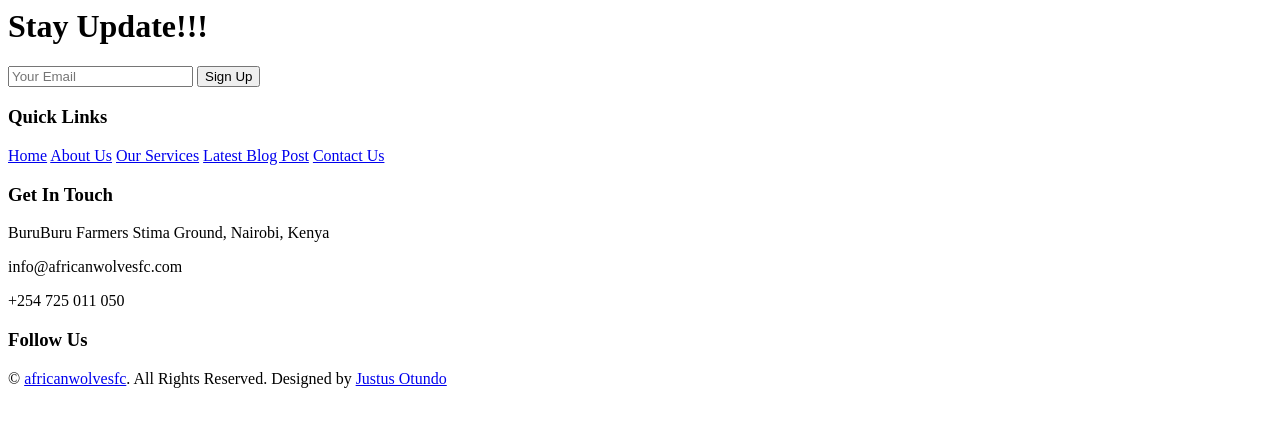
Repository: Justus-Otundo/uleziborafc
Page: footer.html
These files come from the project's save history. The page is drawn as it stood at one moment and after the next save; the edit follows.
The browser window is 1280 px wide. The pictures show the whole page.

Above is the page before, as saved 2025-06-11 13:17:44.

After the next save:
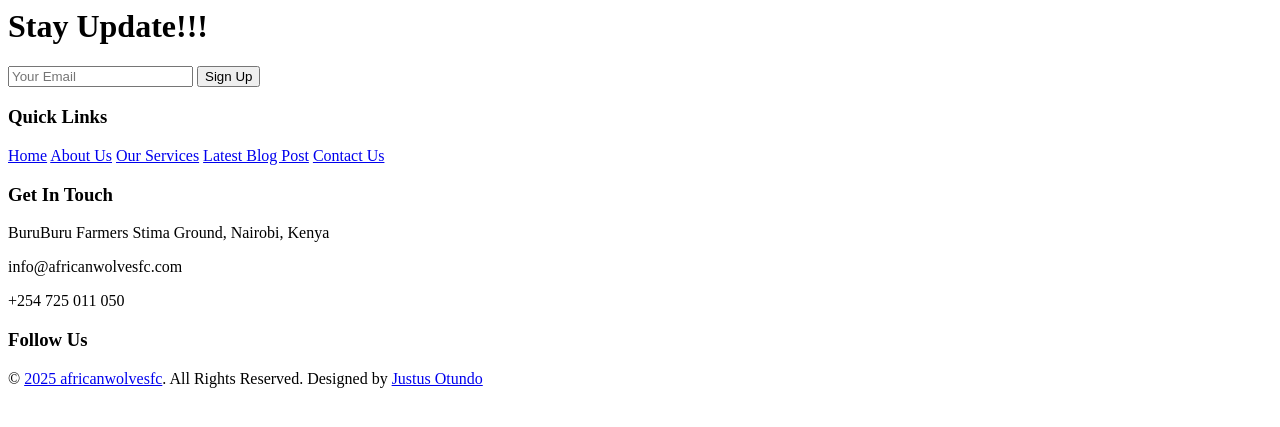
Saved 27 s later.
--- a/footer.html
+++ b/footer.html
@@ -42,6 +42,6 @@
     </div>
 </div>
 <div class="container-fluid bg-dark text-secondary text-center border-top py-4 px-5" style="border-color: rgba(256, 256, 256, .1) !important;">
-    <p class="m-0">&copy; <a class="text-secondary border-bottom" href="#">africanwolvesfc</a>. All Rights Reserved. Designed by <a class="text-secondary border-bottom" href="https://justus-otundo.github.io/justus-otundo/">Justus Otundo</a></p>
+    <p class="m-0">&copy; <a class="text-secondary border-bottom" href="#">2025 africanwolvesfc</a>. All Rights Reserved. Designed by <a class="text-secondary border-bottom" href="https://justus-otundo.github.io/justus-otundo/">Justus Otundo</a></p>
 </div>
 <!-- Footer End -->
